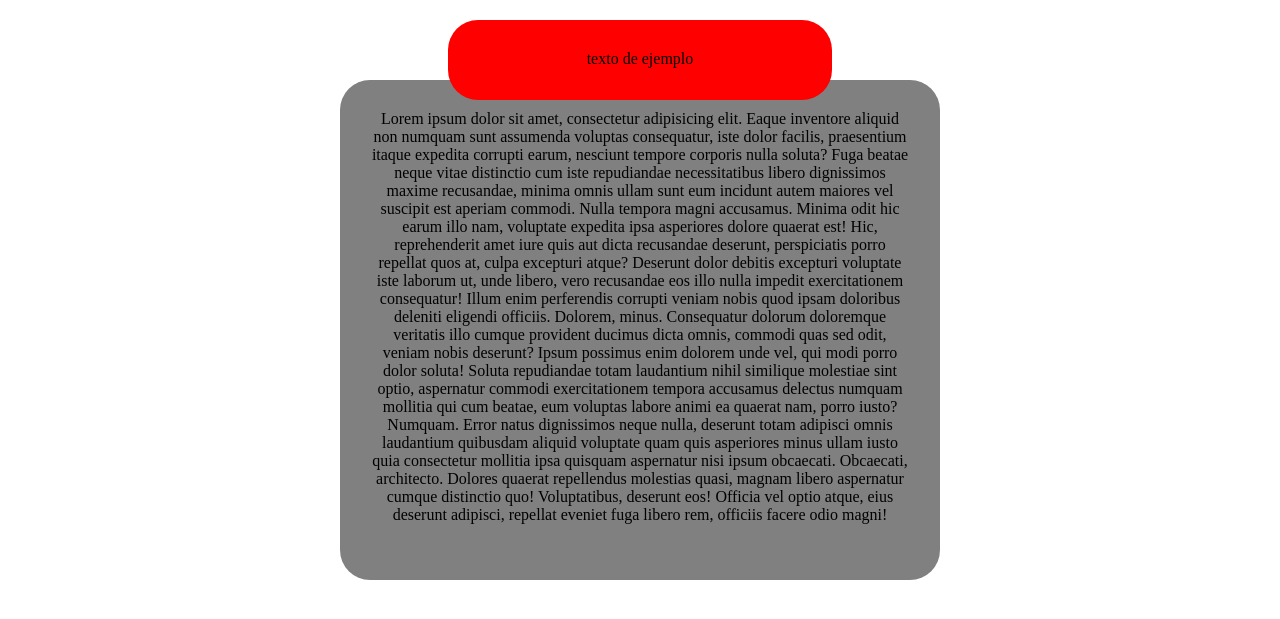
Repository: Daniel009980/daniel0099980
Page: desafio/index.html
The author's editor kept a copy of each file at every save. The page is drawn from the files as they stood at one save, then again after the next save.
The browser window is 1280 px wide. The pictures show the whole page.

Above is the page before, as saved 2022-09-19 01:48:43.

### desafio/index.html
<!DOCTYPE html>
<html lang="en">
<head>
    <meta charset="UTF-8">
    <meta http-equiv="X-UA-Compatible" content="IE=edge">
    <meta name="viewport" content="width=device-width, initial-scale=1.0">
    <title>Desafio</title>
    <link rel="stylesheet" href="./style.css">
</head>
<body>

    <main>
        <div><p>texto de ejemplo</p></div>
        <section><p>Lorem ipsum dolor sit amet, consectetur adipisicing elit. Eaque inventore aliquid non numquam sunt assumenda voluptas consequatur, iste dolor facilis, praesentium itaque expedita corrupti earum, nesciunt tempore corporis nulla soluta?
        Fuga beatae neque vitae distinctio cum iste repudiandae necessitatibus libero dignissimos maxime recusandae, minima omnis ullam sunt eum incidunt autem maiores vel suscipit est aperiam commodi. Nulla tempora magni accusamus.
        Minima odit hic earum illo nam, voluptate expedita ipsa asperiores dolore quaerat est! Hic, reprehenderit amet iure quis aut dicta recusandae deserunt, perspiciatis porro repellat quos at, culpa excepturi atque?
        Deserunt dolor debitis excepturi voluptate iste laborum ut, unde libero, vero recusandae eos illo nulla impedit exercitationem consequatur! Illum enim perferendis corrupti veniam nobis quod ipsam doloribus deleniti eligendi officiis.
        Dolorem, minus. Consequatur dolorum doloremque veritatis illo cumque provident ducimus dicta omnis, commodi quas sed odit, veniam nobis deserunt? Ipsum possimus enim dolorem unde vel, qui modi porro dolor soluta!
        Soluta repudiandae totam laudantium nihil similique molestiae sint optio, aspernatur commodi exercitationem tempora accusamus delectus numquam mollitia qui cum beatae, eum voluptas labore animi ea quaerat nam, porro iusto? Numquam.
        Error natus dignissimos neque nulla, deserunt totam adipisci omnis laudantium quibusdam aliquid voluptate quam quis asperiores minus ullam iusto quia consectetur mollitia ipsa quisquam aspernatur nisi ipsum obcaecati. Obcaecati, architecto.
        Dolores quaerat repellendus molestias quasi, magnam libero aspernatur cumque distinctio quo! Voluptatibus, deserunt eos! Officia vel optio atque, eius deserunt adipisci, repellat eveniet fuga libero rem, officiis facere odio magni!</p></section>
    </main>
</body>
</html>

### desafio/style.css
*{
    box-sizing: border-box;
    margin: 0;
    padding: 0;
}


div{
    text-align: center;
    top: 20px;
    position: relative;
    border-radius: 30px;
    padding: 30px;
    background-color: red;
    width: 30%;
    min-width: 200px;
    min-height: 80px;
    margin: 0 auto;
}

section{
    text-align: center;
    padding: 30px;
    border-radius: 30px;
    width: 80%;
    min-width: 420px;
    max-width: 600px;               /* esto es para delimitar el tamaño del ancho de la seccionq ue estamos mandando a llamar */
    min-height: 500px;                  /* aqui le estamo diciendoa la seccion que su tamaño minimo sera de 500 pixeles pero si tiene mas contenido no deja de crecer hasta que el contenido termine de crecer y asi evitamos el overflow de contenido */
    margin: 0 auto;                         /* aqui significa que le agregue 0 de arriba y abajo pero que de los lados lo ajuste automaticamente por eso queda cemtrado */
    background-color: grey;
}

After the next save:
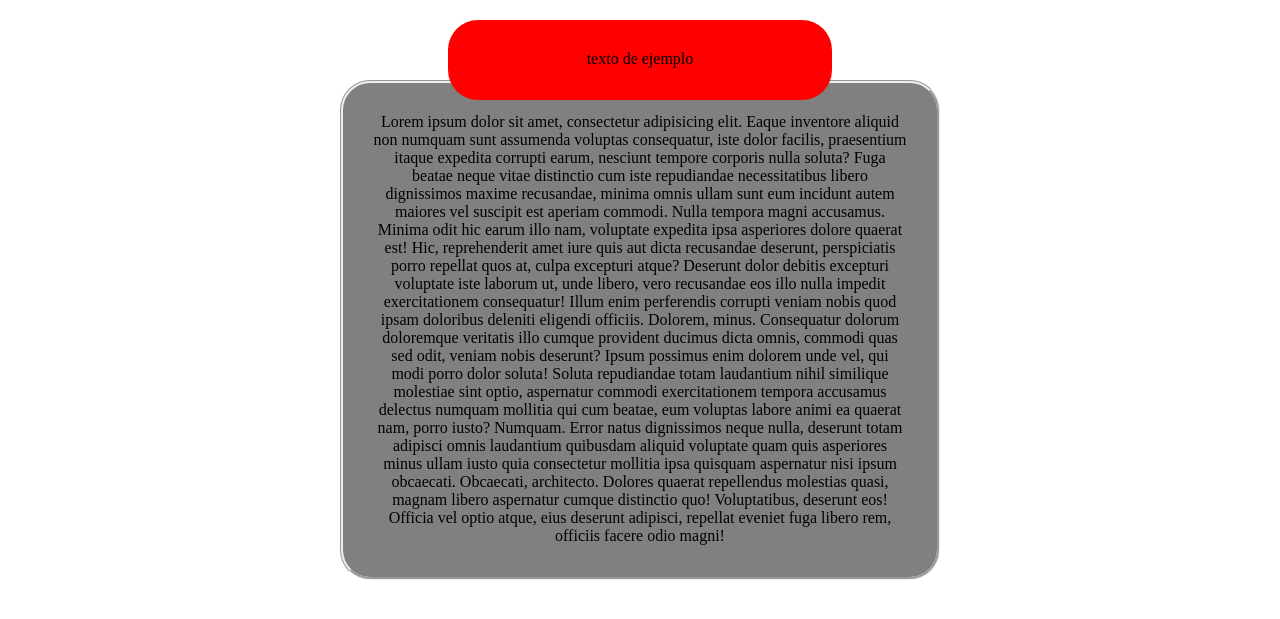
Saved 19 s later.
--- a/desafio/style.css
+++ b/desafio/style.css
@@ -19,6 +19,7 @@ div{
 }
 
 section{
+    border-style: groove;
     text-align: center;
     padding: 30px;
     border-radius: 30px;
